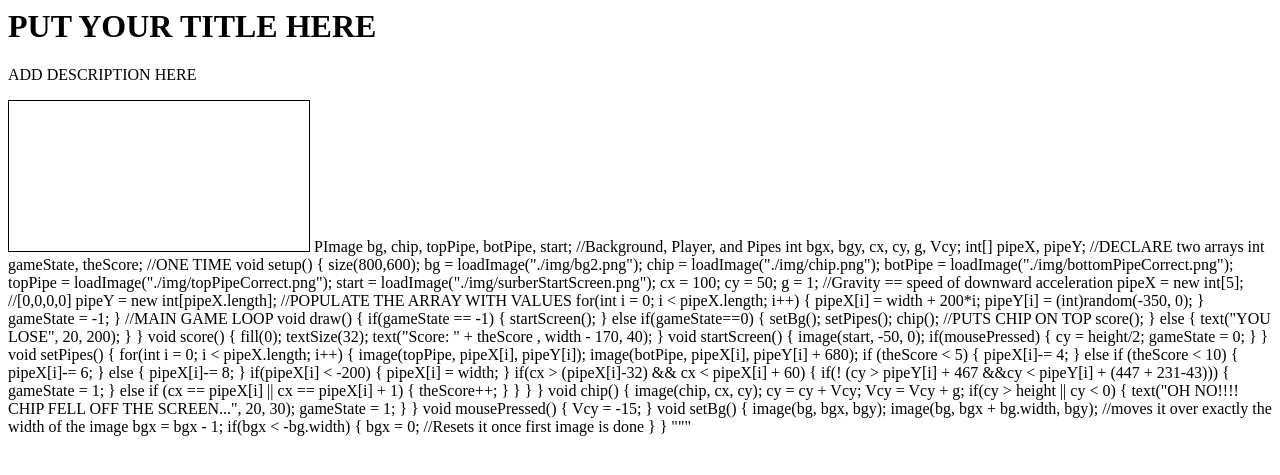
Repository: Grace01-20/Grace01-20.github.io
Page: flappyBird.html
The author's editor kept a record of every edit. The page is drawn from the files as they stood at one moment, then again after the next edit.
The browser window is 1280 px wide. The pictures show the whole page.

Above is the page before.
Console error: TypeError: Cannot read properties of null (reading 'bind')

After the next edit:
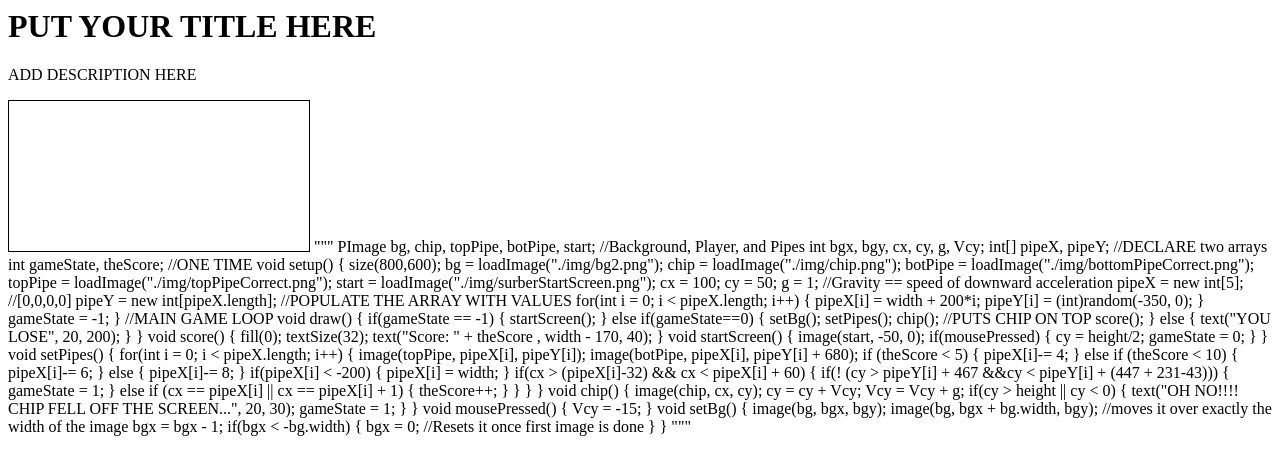
The edit:
--- a/flappyBird.html
+++ b/flappyBird.html
@@ -161,7 +161,7 @@
 
 
 
-
+"""
 PImage bg, chip, topPipe, botPipe, start; //Background, Player, and Pipes
 
 int bgx, bgy, cx, cy, g, Vcy;
